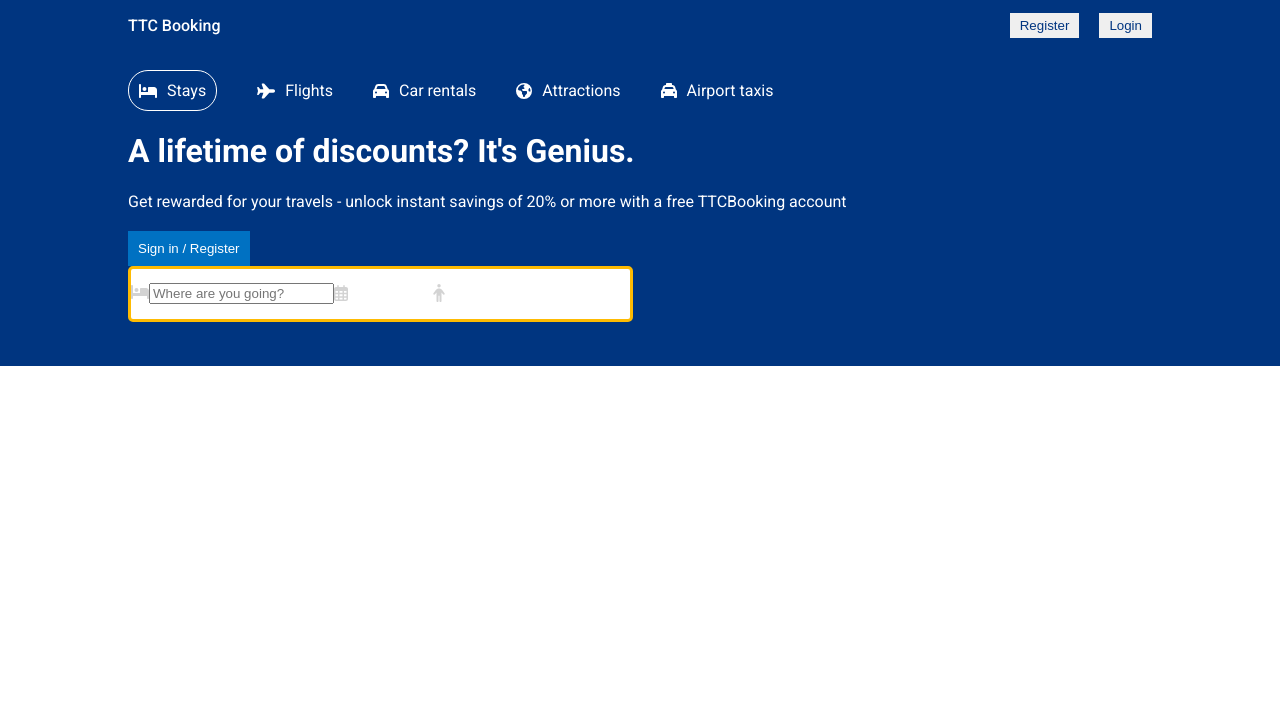
Repository: CarsonDev1/booking-app
Page: /
An editor plug-in stored every save of this project. The page is shown before and after the next save, followed by the edit.
The browser window is 1280 px wide. The pictures show the whole page.
The project was rebuilt for these pictures with package versions that can differ from the ones it lists, and the page was loaded fresh each time. Also part of the build but not shown: src/pages/home/home.css, src/pages/hotel/Hotel.jsx, src/pages/list/List.jsx.

Above is the page before, as saved 2022-12-03 01:09:34.

### public/index.html
<!DOCTYPE html>
<html lang="en">

<head>
  <meta charset="utf-8" />
  <link rel="icon" href="%PUBLIC_URL%/favicon.ico" />
  <meta name="viewport" content="width=device-width, initial-scale=1" />
  <meta name="theme-color" content="#000000" />
  <meta name="description" content="Web site created using create-react-app" />
  <link rel="apple-touch-icon" href="%PUBLIC_URL%/logo192.png" />
  <!--
      manifest.json provides metadata used when your web app is installed on a
      user's mobile device or desktop. See https://developers.google.com/web/fundamentals/web-app-manifest/
    -->
  <link rel="manifest" href="%PUBLIC_URL%/manifest.json" />
  <link rel="preconnect" href="https://fonts.googleapis.com">
  <link rel="preconnect" href="https://fonts.gstatic.com" crossorigin>
  <link
    href="https://fonts.googleapis.com/css2?family=Poppins:ital,wght@0,400;0,500;0,600;0,700;0,800;1,400;1,500;1,600;1,700&family=Roboto:ital,wght@0,300;0,400;0,500;0,700;1,300;1,400;1,500;1,700&display=swap"
    rel="stylesheet">
  <!--
      Notice the use of %PUBLIC_URL% in the tags above.
      It will be replaced with the URL of the `public` folder during the build.
      Only files inside the `public` folder can be referenced from the HTML.

      Unlike "/favicon.ico" or "favicon.ico", "%PUBLIC_URL%/favicon.ico" will
      work correctly both with client-side routing and a non-root public URL.
      Learn how to configure a non-root public URL by running `npm run build`.
    -->
  <title>React App</title>
</head>

<body>
  <noscript>You need to enable JavaScript to run this app.</noscript>
  <div id="root"></div>
  <!--
      This HTML file is a template.
      If you open it directly in the browser, you will see an empty page.

      You can add webfonts, meta tags, or analytics to this file.
      The build step will place the bundled scripts into the <body> tag.

      To begin the development, run `npm start` or `yarn start`.
      To create a production bundle, use `npm run build` or `yarn build`.
    -->
</body>

</html>

### src/index.css
body {
	margin: 0;
	padding: 0;
	box-sizing: border-box;
	font-family: "Roboto", sans-serif;
}

### src/App.js
import { BrowserRouter, Routes, Route } from "react-router-dom";
import Home from "./pages/home/Home";
import Hotel from "./pages/hotel/Hotel";
import List from "./pages/list/List";
function App() {
	return (
		<BrowserRouter>
			<Routes>
				<Route path="/" element={<Home />} />
				<Route path="/hotels" element={<List />} />
				<Route path="/hotels/:id" element={<Hotel />} />
			</Routes>
		</BrowserRouter>
	);
}

export default App;

### src/pages/home/Home.jsx
import Header from "../../components/header/Header";
import Navbar from "../../components/navbar/Navbar";
import "./home.css";

const Home = () => {
	return (
		<div>
			<Navbar />
			<Header />
		</div>
	);
};

export default Home;

### src/components/header/Header.jsx
import { faCalendarDays } from "@fortawesome/free-regular-svg-icons";
import {
	faBed,
	faCar,
	faEarth,
	faMountain,
	faPerson,
	faPlane,
	faTaxi,
} from "@fortawesome/free-solid-svg-icons";
import { FontAwesomeIcon } from "@fortawesome/react-fontawesome";
import "./header.css";

const Header = () => {
	return (
		<div className="header">
			<div className="headerContainer">
				<div className="headerList">
					<div className="headerListItem active">
						<FontAwesomeIcon icon={faBed} />
						<span>Stays</span>
					</div>
					<div className="headerListItem">
						<FontAwesomeIcon icon={faPlane} />
						<span>Flights</span>
					</div>
					<div className="headerListItem">
						<FontAwesomeIcon icon={faCar} />
						<span>Car rentals</span>
					</div>
					<div className="headerListItem">
						<FontAwesomeIcon icon={faEarth} />
						<span>Attractions</span>
					</div>
					<div className="headerListItem">
						<FontAwesomeIcon icon={faTaxi} />
						<span>Airport taxis</span>
					</div>
				</div>
				<h1 className="headerTitle">
					A lifetime of discounts? It's Genius.
				</h1>
				<p className="headerDesc">
					Get rewarded for your travels - unlock instant savings of
					20% or more with a free TTCBooking account
				</p>
				<button className="headerBtn">Sign in / Register</button>
				<div className="headerSearch">
					<div className="headerSearchItem">
						<FontAwesomeIcon icon={faBed} className="headerIcon" />
						<input
							type="text"
							placeholder="Where are you going?"
							className="headerSearchInput"
						/>
					</div>
					<div className="headerSearchItem">
						<FontAwesomeIcon
							icon={faCalendarDays}
							className="headerIcon"
						/>
						<span className="headerSearchText">date to date</span>
					</div>
					<div className="headerSearchItem">
						<FontAwesomeIcon
							icon={faPerson}
							className="headerIcon"
						/>
						<span className="headerSearchText">
							2 adults 2 children 1 room
						</span>
					</div>
				</div>
			</div>
		</div>
	);
};

export default Header;

### src/components/navbar/Navbar.jsx
import "./navbar.css";

const NavBar = () => {
	return (
		<div className="navbar">
			<div className="navContainer">
				<span className="logo">TTC Booking</span>
				<div className="navItems">
					<button className="navButton">Register</button>
					<button className="navButton">Login</button>
				</div>
			</div>
		</div>
	);
};

export default NavBar;

### src/components/header/header.css
.header {
	background-color: #003580;
	color: white;
	display: flex;
	justify-content: center;
}
.headerContainer {
	width: 100%;
	max-width: 1024px;
	margin: 20px 0px 100px 0px;
}
.headerList {
	display: flex;
	gap: 40px;
}
.headerListItem {
	display: flex;
	align-items: center;
	gap: 10px;
}
.headerListItem.active {
	border: 1px solid white;
	padding: 10px;
	border-radius: 20px;
}
.headerDesc {
	margin: 20px 0px;
}
.headerBtn {
	background-color: #0071c2;
	color: white;
	font-weight: 500;
	border: none;
	padding: 10px;
	cursor: pointer;
}
.headerSearch {
	height: 30px;
	background-color: white;
	border: 3px solid #febb02;
	display: flex;
	align-items: center;
	justify-content: space-around;
	padding: 10px 0px;
	border-radius: 5px;
	position: absolute;
}
.headerIcon {
	color: lightgray;
}

### src/components/navbar/navbar.css
.navbar {
	height: 50px;
	background-color: #003580;
	display: flex;
	justify-content: center;
}
.navContainer {
	width: 100%;
	max-width: 1024px;
	color: white;
	display: flex;
	align-items: center;
	justify-content: space-between;
}
.logo {
	font-weight: 500;
}
.navButton {
	margin-left: 20px;
	border: none;
	padding: 5px 10px;
	cursor: pointer;
	color: #003580;
}

Loaded but not shown: src/index.js (common file)

After the next save:
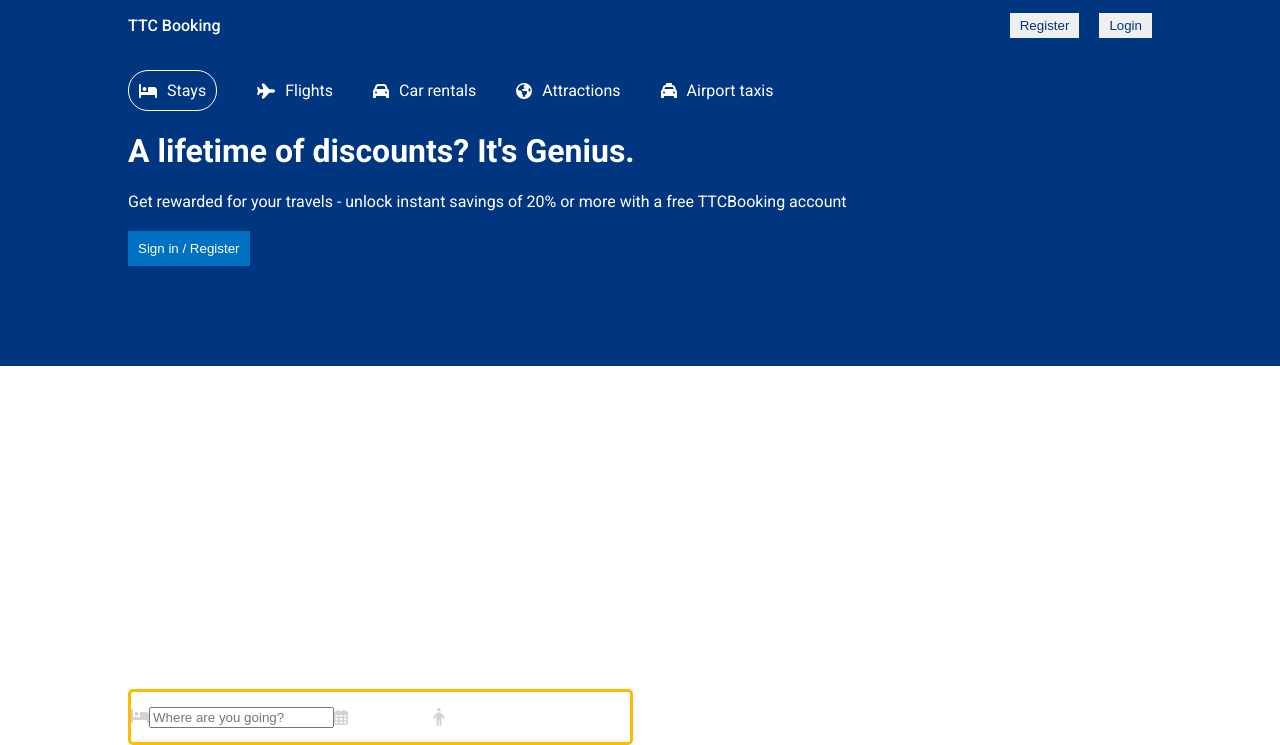
Saved 52 s later.
--- a/src/components/header/header.css
+++ b/src/components/header/header.css
@@ -44,6 +44,7 @@
 	padding: 10px 0px;
 	border-radius: 5px;
 	position: absolute;
+	bottom: -25px;
 }
 .headerIcon {
 	color: lightgray;
